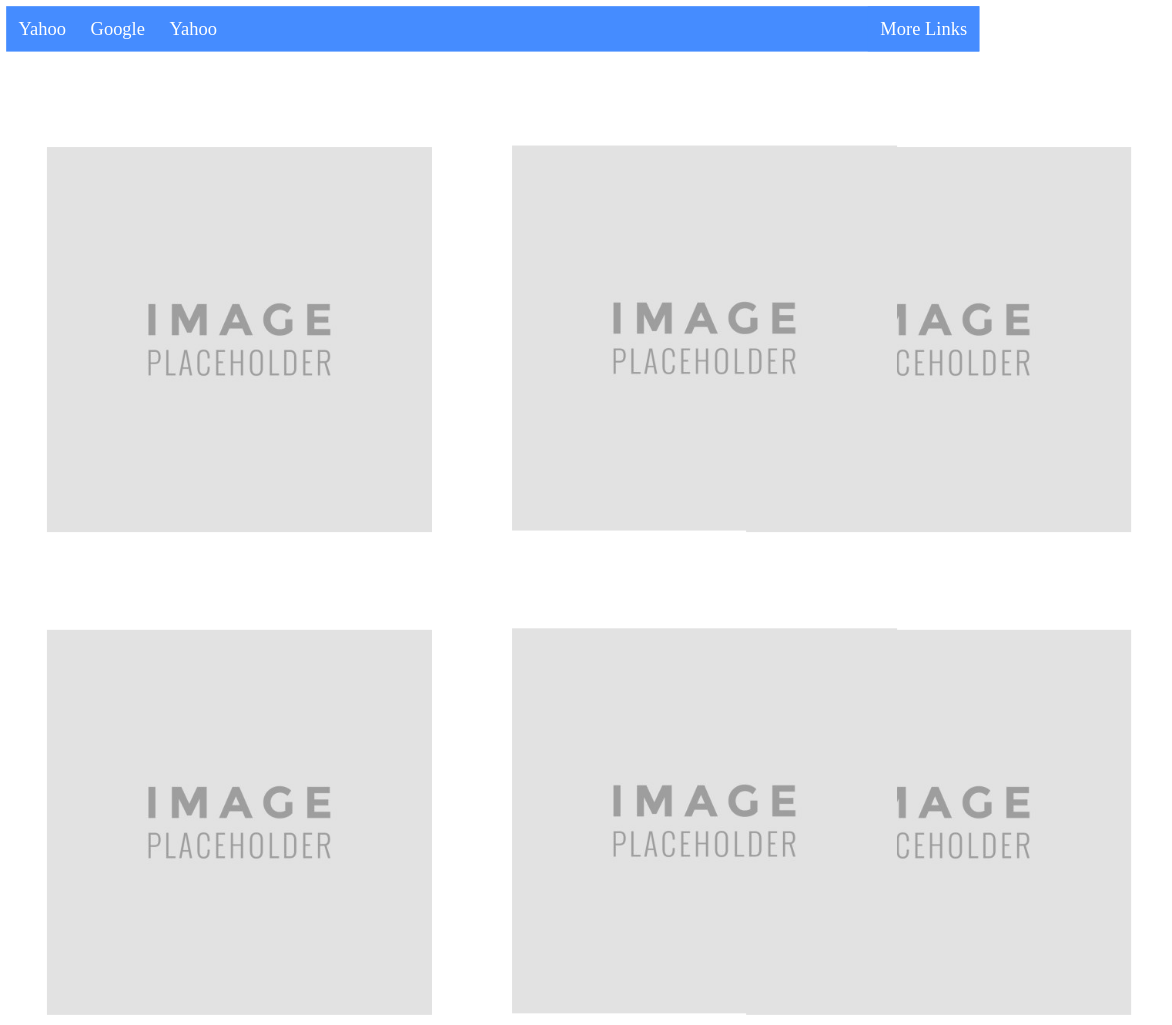
Repository: br4y/br4y.github.io
Page: index.html
The author's editor kept a record of every edit. The page is drawn from the files as they stood at one moment, then again after the next edit.
The browser window is 1280 px wide. The page is 1522 px wide, so the pictures cover 1522 px, including what lies to the right of the window. The pictures show the whole page, at 77% of full size.

Above is the page before.

### index.html
<!DOCTYPE html>
<link href="StyleSheet.css" rel="stylesheet" type="text/css">
<html>
    <head>
        <!--<h1 class="title"><img src="https://www.nationalgeographic.com/content/dam/animals/thumbs/rights-exempt/mammals/d/domestic-dog_thumb.jpg" class="dog"></img>-->
        <!--    Bradyn's Homepage-->
        <!--    <div class="navbuttons">-->
        <!--    <a>Home</a>-->
        <!--    <a>About Me</a>-->
        <!--    </div>-->
        <!--        <div class="dropdown">-->
        <!--            <button class="dropbtn">Projects</button>-->
        <!--             <div class="dropdown-content">-->
        <!--                <a href="#">Project</a>-->
        <!--                <a href="#">Project</a>-->
        <!--                <a href="#">Project</a>-->
        <!--                <a href="#">Project</a>-->
        <!--            </div>-->
        <!--        </div>-->
        <!--</h1>-->

        <div class="navbar">
          <a href="https://www.yahoo.com">Yahoo</a>
          <a href="https://www.google.com">Google</a>
          <a href="https://www.yahoo.com">Yahoo</a>
      <div class="dropdown">
        <div class="morelinks">More Links</div>
        <div class="dropdown-content">
          <a href="https://www.awseducate.com">AWS Educate</a>
          <a href="https://www.collegeboard.org">College Board</a>
        </div>
      </div>

    </div>

    </head>

    <body>
        <table>
            <tr class="spacerow">
                <td>a</td>
                <td>a</td>
                <td>a</td>
            </tr>
            <tr class="row1">
                <td><img class="column1" src="images/placeholder.jpg"></img></td>
                <td><img class="column2" src="images/placeholder.jpg"></img></td>
                <td><img class="column3" src="images/placeholder.jpg"></img></td>
            <tr class="spacerow">
                <td>a</td>
                <td>a</td>
                <td>a</td>
            </tr>
            </tr>
            <tr class="row3">
                <td><img class="column1" src="images/placeholder.jpg"></img></td>
                <td><img class="column2" src="images/placeholder.jpg"></img></td>
                <td><img class="column3" src="images/placeholder.jpg"></img></td>
            </tr>
        </table>
    </body>

</html>

### StyleSheet.css
    /*.title {*/
    /*    padding:20px;*/
    /*    text-align:left;*/
    /*    font-family: "Arial Black", Gadget, sans-serif;*/
    /*    width:100%;*/
    /*    background-color:#458cff;*/
    /*    color:white;*/
    /*    line-height:30px;*/
    /*}*/

    /*.dropdown {*/
    /*    float:right;*/
    /*    display:inline-block;*/
    /*}*/

    /*.dropdown-content {*/
    /*    display:none;*/
    /*    position:absolute;*/
    /*    z-index:1;*/
    /*    width:75%;*/
    /*}*/

    /*.dropdown-content a {*/
    /*    color:white;*/
    /*    display:block;*/
    /*    background-color: #458cff;*/
    /*    padding:12px 16px;*/
    /*    font-size:50%;*/
    /*    z-index:;*/
    /*    font-family:"Arial Black", Gadget, sans-serif;*/
    /*    text-decoration:none;*/
    /*}*/


    /*.drplink {*/
    /*    display:block;*/
    /*    position:absolute;*/
    /*    z-index:;*/
    /*    background-color:white;*/
    /*    font-family:"Arial Black", Gadget, sans-serif;*/
    /*}*/

    /*.dropbtn {*/
    /*    margin-right:10px;*/
    /*    padding-right:20px;*/
    /*    border-color:#458cff;*/
    /*    border-right:1px #458cff solid;*/
    /*    border-bottom:1px #458cff solid;*/
    /*    background-color:#458cff;*/
    /*    color:white;*/
    /*    font-size:75%;*/
    /*    font-family:"Arial Black", Gadget, sans-serif;*/
    /*}*/
       .navbar{
        background-color: #458cff;
        overflow: hidden;
      }

      .navbar a {
        color: white;
        font-size: 24px;
        text-decoration: none;
        padding:16px;
        float:left;
      }

      .morelinks{
        color: white;
        font-size: 24px;
        text-decoration: none;
        padding:16px;
      }

      .navbar a:hover, .morelinks:hover{
        background-color: pink;
      }

      .dropdown:hover .dropdown-content{
        display:block;
      }

      .dropdown-content{
        position: absolute;
        z-index:  1;
        display:none;
        background-color: #458cff;
      }

      .dropdown{
        background-color: #458cff;
        color: white;
        float: right;
        text-decoration: none;
        font-size: 24px;

      }

      .dropdown-content a{
        float: none;
        display:block;
      }

    .dog {
        width:40px;
        height:40px;
        border-radius:50%;
        padding:5px;
        display:inline;
        vertical-align:middle;
    }

    .portrait {
        height:relative;
        width:50%;
        float:left;
    }

    .about-text {
        text-align:left;
        font-family:"Arial Black", Gadget, sans-serif;
        width:45%;
        height:relative;
        display:inline-block;
        margin-left:15px;
    }

    /*.dropdown:hover .dropdown-content {display: block;}*/
    /*.dropdown-content a:hover {background-color:#2376fc;}*/
    /*.dropdown:hover .dropbtn {background-color: #2376fc;}*/

    table {
        width:100%;
    }

    .column1{
        height:40%;
        float:left;
        padding-left:10%
    }

    .column2 {
        height:40%;
        margin-left:30%;
    }

    .column3 {
        height:40%;
        float: right;
        padding-right:10%;
    }

    .spacerow {
        height:100%;
        padding-top:50px;
        color:white;
        font-size:100px;
    }

    .navbuttons {
        margin-right:10px;
        padding-right:20px;
        background-color:#458cff;
        display:inline-block;
        text-align: right;
        color:white;
        font-size:75%;
        font-family:"Arial Black", Gadget, sans-serif;
    }

After the next edit:
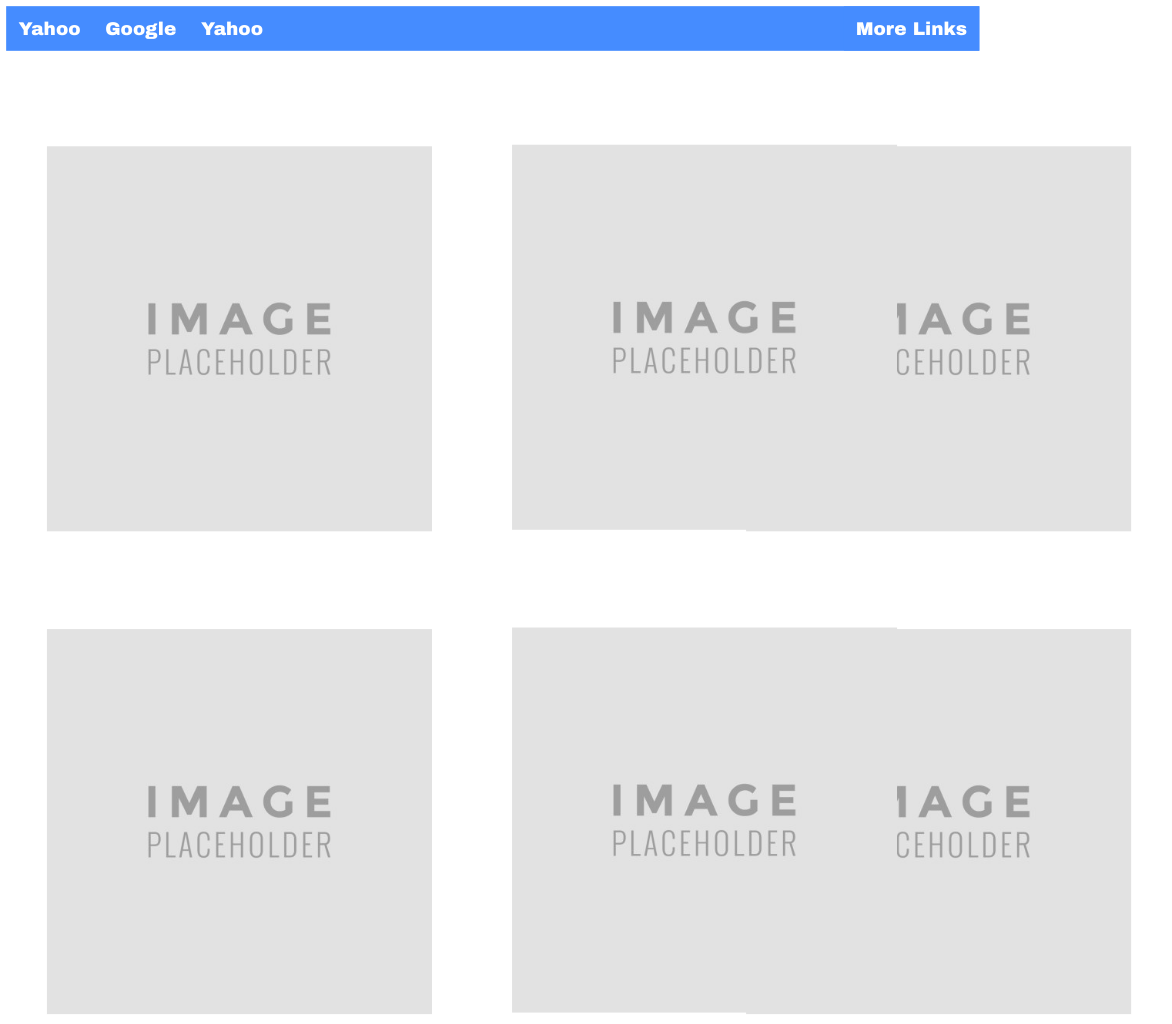
The edit:
--- a/StyleSheet.css
+++ b/StyleSheet.css
@@ -54,6 +54,7 @@
        .navbar{
         background-color: #458cff;
         overflow: hidden;
+        font-family:"Arial Black", Gadget, sans-serif;
       }
 
       .navbar a {
